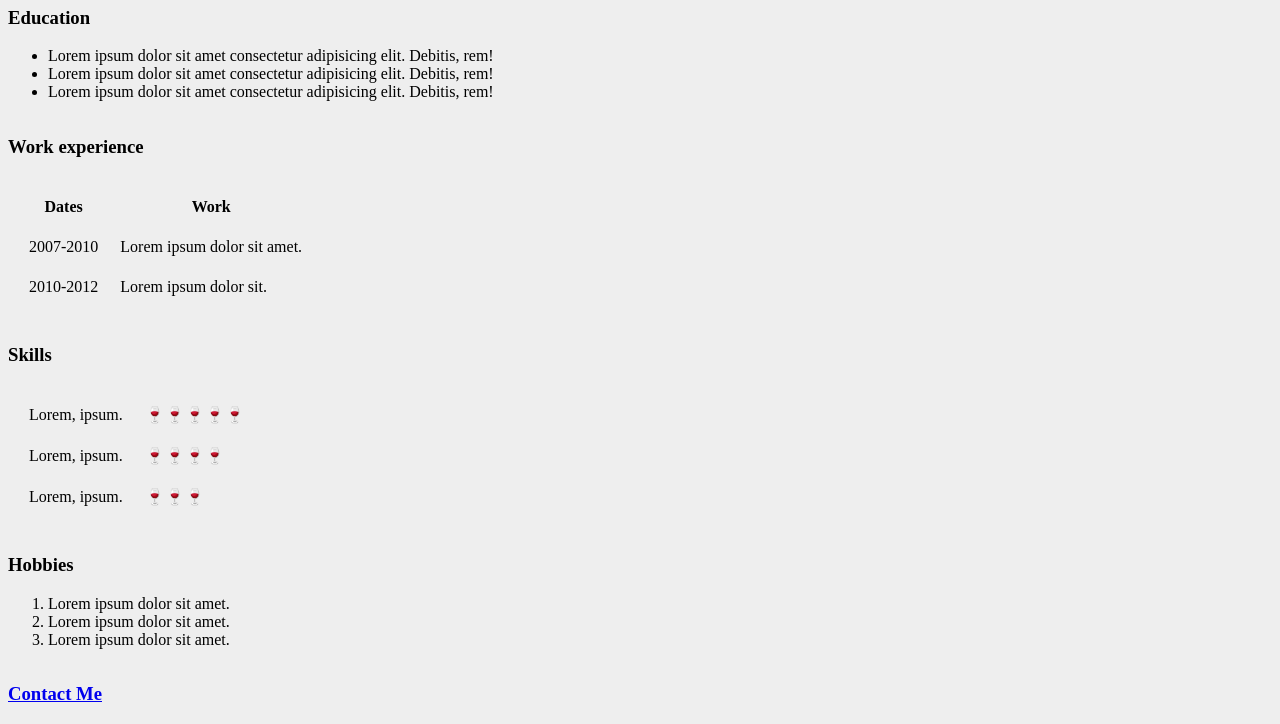
Repository: Isanderr/simple_landing_page-1
Page: index.html
These files come from the project's save history. The page is drawn as it stood at one moment and after the next save; the edit follows.
The browser window is 1280 px wide. The pictures show the part of the page from y = 354 to 1088 px (the page is 1078 px tall before and 1088 px after).
A picture or video elsewhere on the page could not be fetched, so the positions and the page height are approximate.

Above is the page before, as saved 2019-01-29 11:34:24.

### index.html
<!DOCTYPE html>
<html lang="en">

    <head>
        <meta charset="UTF-8">
        <meta name="viewport" content="width=device-width, initial-scale=1.0">
        <meta http-equiv="X-UA-Compatible" content="ie=edge">
        <title>Personal Site</title>
        <style>
            body {
                background-color: #eeeeee;
            }

            hr {
                background-color: white;
                border-style: none;
            }

        </style>
    </head>

    <body>
        <table cellspacing="10px">
            <tr>
                <td><img src="img/code.jpg" alt="coder" height="300px"></td>
                <td>
                    <h1>Łukasz Cendrowski</h1>
                    <p><em>Technician and <strong>Front End Developer</strong></em></p>
                    <p>Lorem ipsum, dolor sit amet consectetur adipisicing elit. Nam et dolorem provident unde in sequi
                        quae.</p>
                </td>
            </tr>
        </table>
        <hr>
        <h3>Education</h3>
        <ul>
            <li>Lorem ipsum dolor sit amet consectetur adipisicing elit. Debitis, rem!</li>
            <li>Lorem ipsum dolor sit amet consectetur adipisicing elit. Debitis, rem!</li>
            <li>Lorem ipsum dolor sit amet consectetur adipisicing elit. Debitis, rem!</li>
        </ul>
        <hr>
        <h3>Work experience</h3>
        <p></p>
        <table cellspacing="20px">
            <thead>
                <tr>
                    <th>Dates</th>
                    <th>Work</th>
                </tr>
            </thead>
            <tr>
                <td>2007-2010</td>
                <td>Lorem ipsum dolor sit amet.</td>
            </tr>
            <tr>
                <td>2010-2012</td>
                <td>Lorem ipsum dolor sit.</td>
            </tr>
        </table>
        <hr>
        <h3>Skills</h3>
        <table cellspacing="20px">
            <tr>
                <td>Lorem, ipsum.</td>
                <td>🍷🍷🍷🍷🍷</td>
            <tr>
                <td>Lorem, ipsum.</td>
                <td>🍷🍷🍷🍷</td>
            </tr>
            <tr>
                <td>Lorem, ipsum.</td>
                <td>🍷🍷🍷</td>
            </tr>
            </tr>
        </table>
        <hr>
        <h3>Hobbies</h3>
        <ol>
            <li>Lorem ipsum dolor sit amet.</li>
            <li>Lorem ipsum dolor sit amet.</li>
            <li>Lorem ipsum dolor sit amet.</li>
        </ol>
        <hr>
        <h3><a href="contact.html">Contact Me</a></h3>
    </body>

</html>

After the next save:
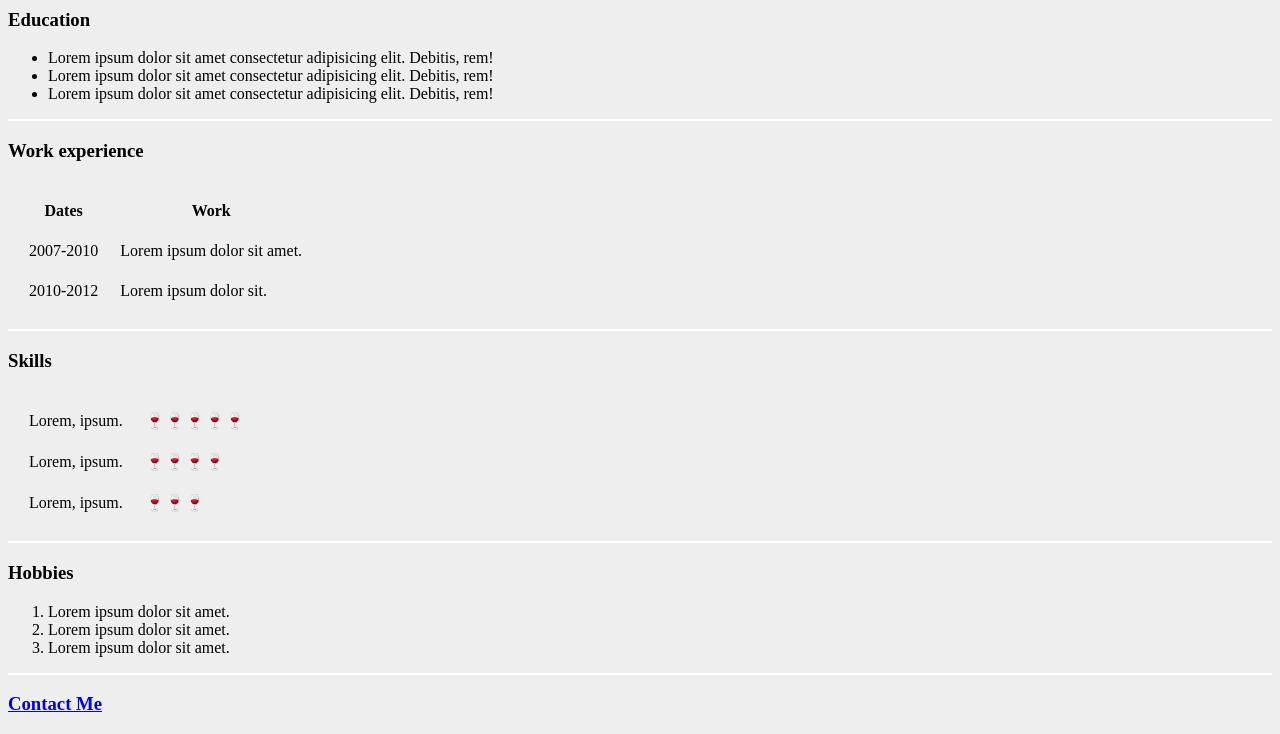
Saved 84 s later.
--- a/index.html
+++ b/index.html
@@ -14,6 +14,7 @@
             hr {
                 background-color: white;
                 border-style: none;
+                height: 2px;
             }
 
         </style>
